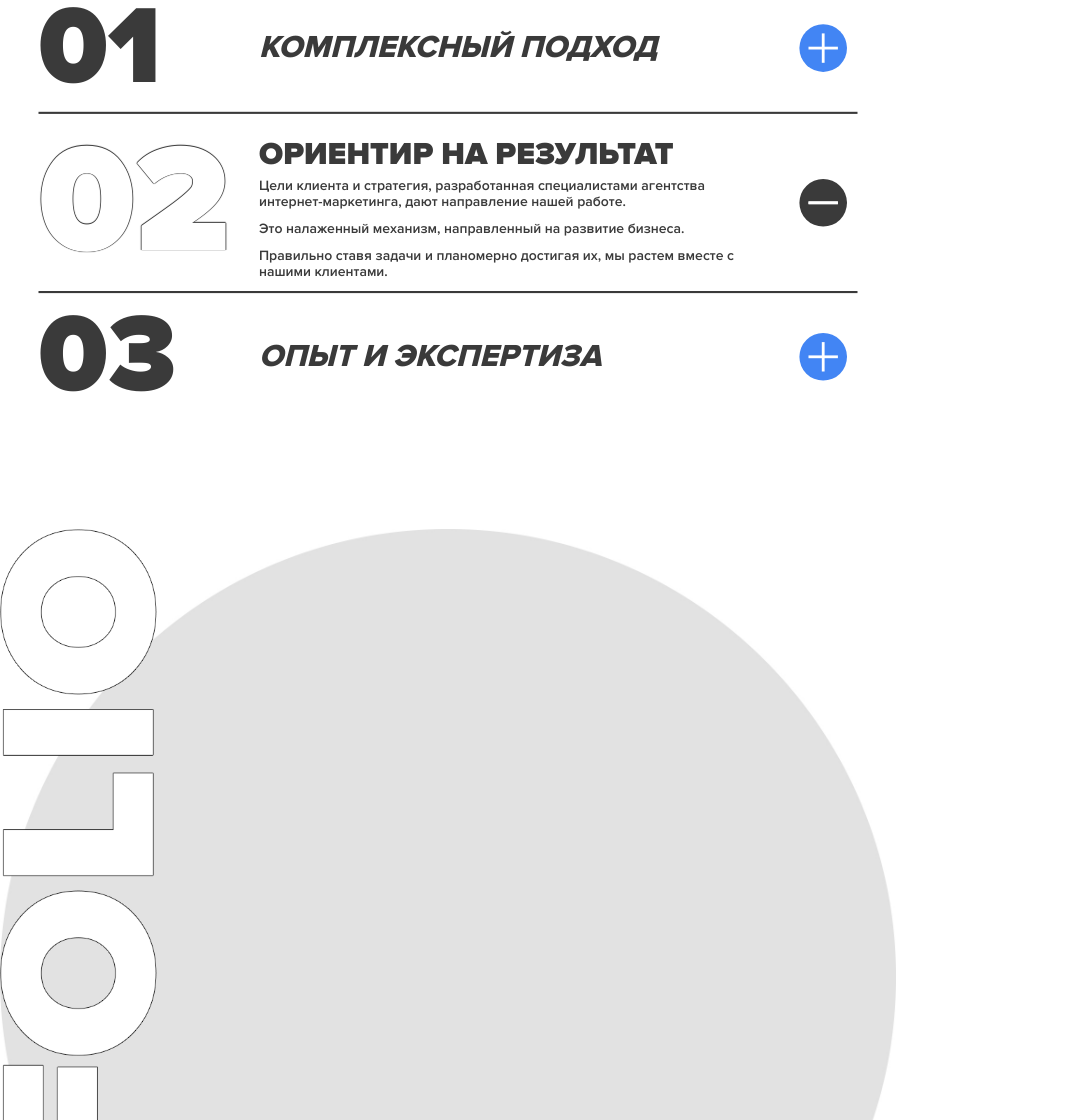
Repository: fanbear/Mnews
Page: index.html
These files come from the project's save history. The page is drawn as it stood at one moment and after the next save; the edit follows.
The browser window is 1280 px wide. The page is 1525 px wide, so the pictures cover 1525 px, including what lies to the right of the window. The pictures show the part of the page from y = 3534 to 5134 px (the page is 6085 px tall), at 70% of full size.
Some web libraries are served in a nearby version.

Above is the page before, as saved 2022-07-27 17:24:51.

After the next save:
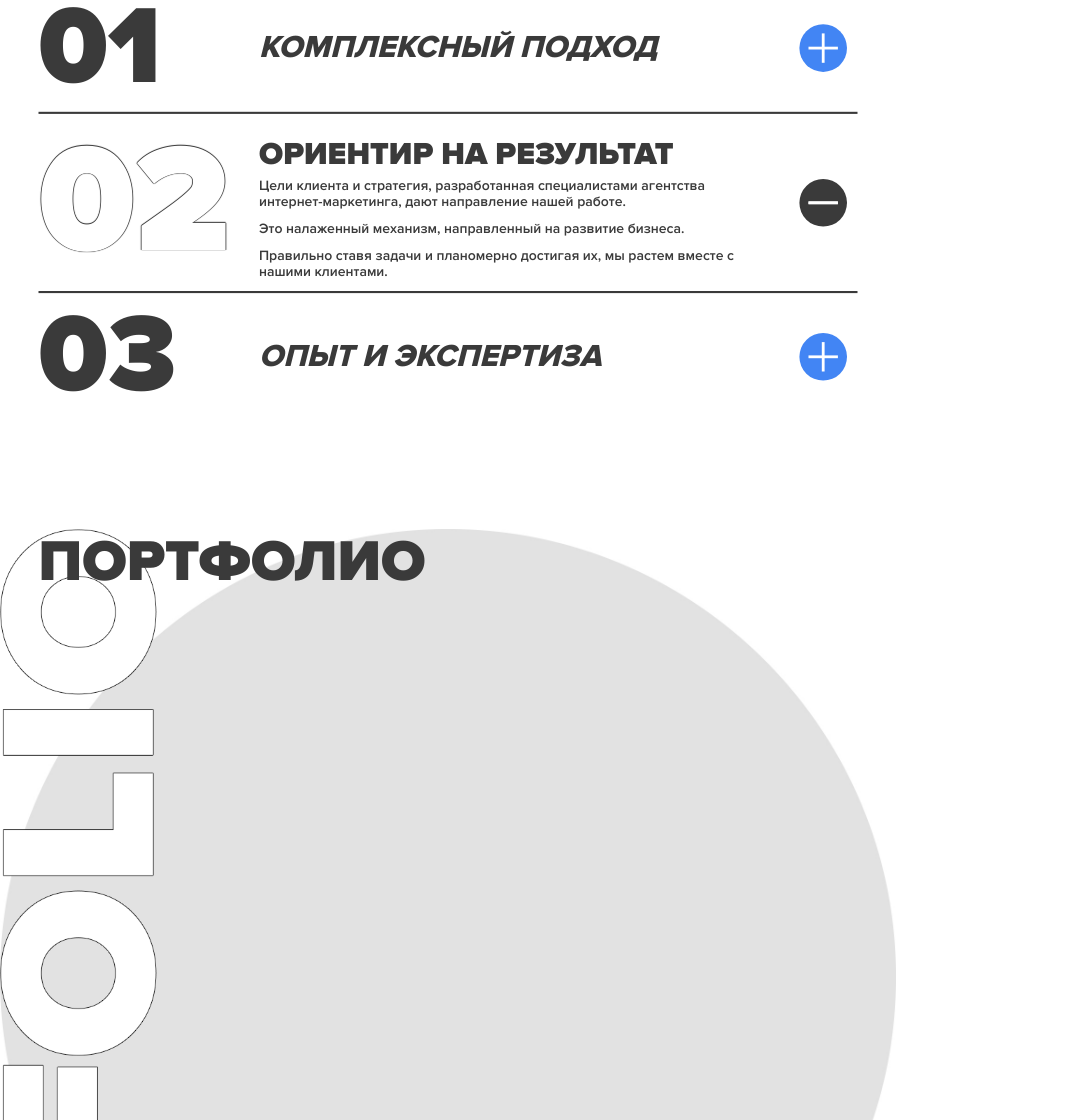
Saved 52 s later.
--- a/css/main.css
+++ b/css/main.css
@@ -330,7 +330,7 @@
 
 .portfolio-elips {
     position: absolute;
-    z-index: 1;
+    z-index: -2;
     width: 100%;
     display: flex;
     justify-content: center;
@@ -339,7 +339,7 @@
 
 .portfolio-text {
     position: absolute;
-    z-index: 2;
+    z-index: -1;
     display: flex;
     justify-content: center;
 }
